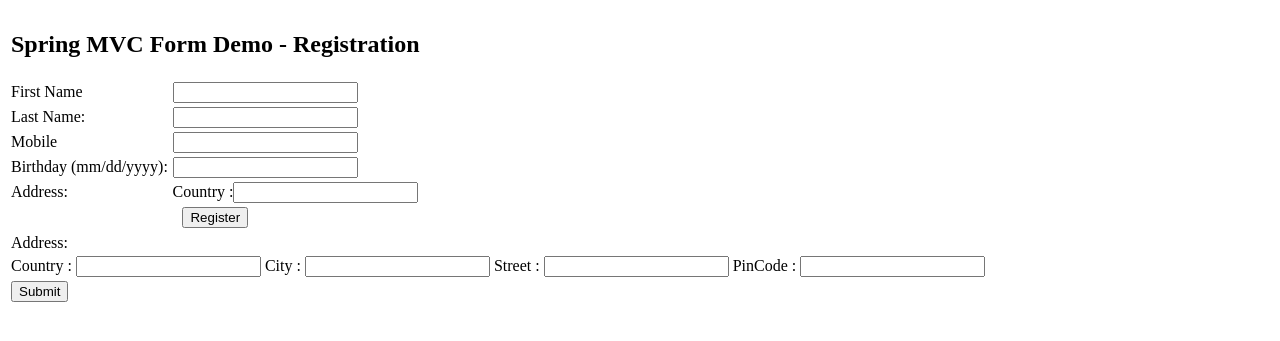
Repository: akashbadave7/SpringMVC
Page: http://localhost/SpringDemo/WEB-INF/jsp/form.jsp
These files come from the project's save history. The page is drawn as it stood at one moment and after the next save; the edit follows.
The browser window is 1280 px wide. The pictures show the whole page.
The page is served by Tomcat 9. Nobody is signed in. The template is opened directly, without the code that normally fills it, so the values that code supplies are empty.

Above is the page before, as saved 2017-11-04 09:26:02.

After the next save:
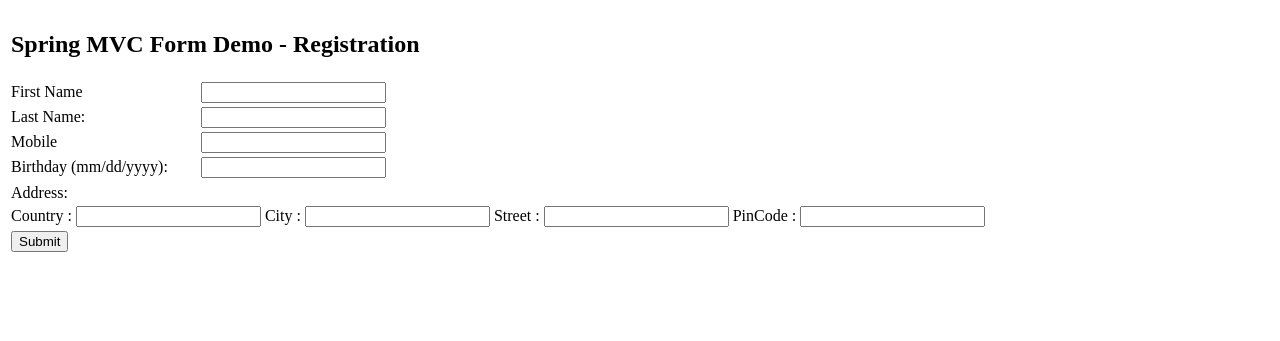
Saved 38 s later.
--- a/SpringDemo/src/main/webapp/WEB-INF/jsp/form.jsp
+++ b/SpringDemo/src/main/webapp/WEB-INF/jsp/form.jsp
@@ -29,16 +29,8 @@
                     <td>Birthday (mm/dd/yyyy):</td>
                     <td><form:input path="dob" /></td>
                 </tr>
-                <tr>
-                    <td>Address:</td>
-                    <td>Country :<form:input path="country" />
-                </tr>
-                <tr>
-                    <td colspan="2" align="center"><input type="submit" value="Register" /></td>
-                </tr>
             </table>
         </form:form>
-	</table>
 	<table>
 		<tr><td>Address: </td></tr>
 		<tr>
